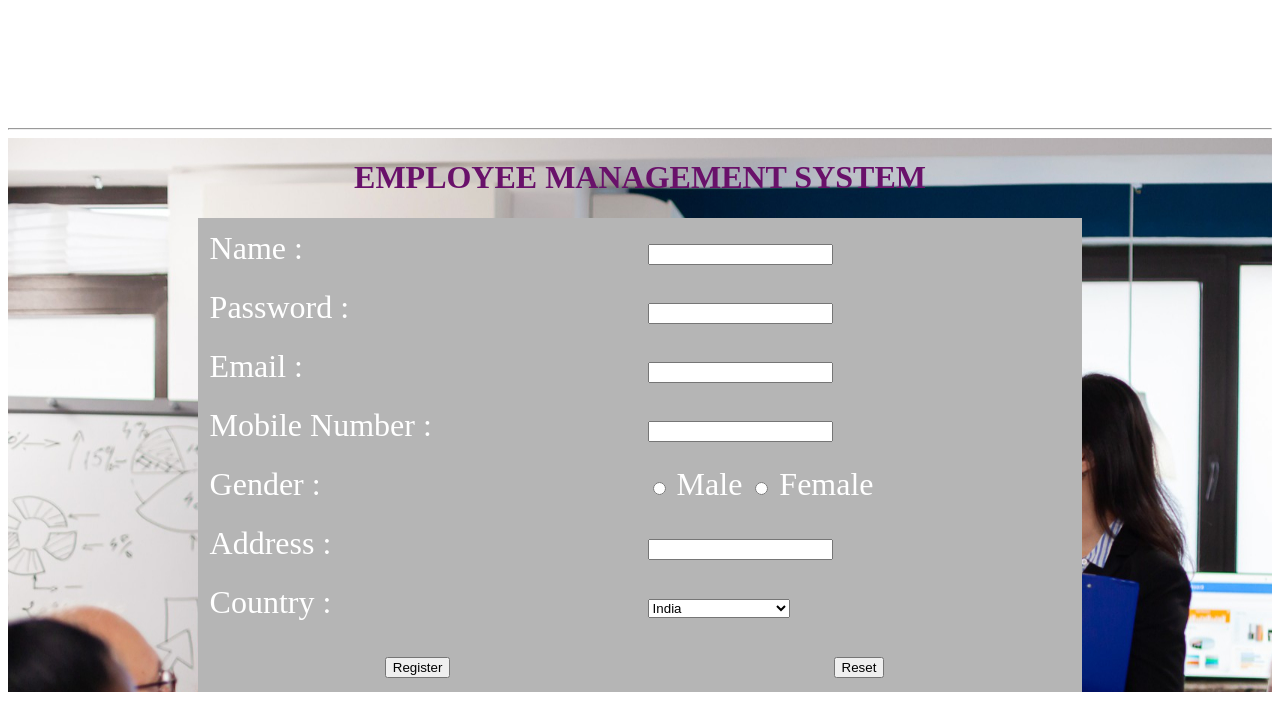
Repository: gajanansp07/Advance_Java_Practice
Page: http://localhost/JDBCCURD/register.jsp
The author's editor kept a copy of each file at every save. The page is drawn from the files as they stood at one save, then again after the next save.
The browser window is 1280 px wide. The pictures show the whole page.
The page is served by Tomcat 9.

Above is the page before, as saved 2022-03-16 12:30:10.

### JDBCCURD/src/main/webapp/register.jsp
<%@ page language="java" contentType="text/html; charset=ISO-8859-1"
    pageEncoding="ISO-8859-1"%>
<!DOCTYPE html>
<html>
<head>
<meta charset="ISO-8859-1">
<title>Insert title here</title>
<style>
   body{
   		    margin-top: 10%;
   }
	td{
        font-size: 2rem;
		padding: 10px;
}
table{
        width: 70%;
		text-align: -webkit-center;
        background-color: rgb(181 181 181);
        color: white;
}
#regf{
    background-image: url("em.jpg");
}
#cp{
    color: #69116a;
}
</style>
</head>
<body>
    <div>
    </div>
    <hr>
    <div id="regf">
        <form action="reg.jsp">
            <table align="center">
                <caption><h1 id="cp">EMPLOYEE MANAGEMENT SYSTEM</h1></caption>
                <tr>
                    <td>Name : </td>
                    <td> <input type="text" name="ename"> </td>
                </tr>
                <tr>
                    <td>Password : </td>
                    <td> <input type="password" name="epas"> </td>
                </tr>
                <tr>
                    <td>Email : </td>
                    <td><input type="email" name="email"> </td>
                </tr>
                <tr>
                    <td>Mobile Number : </td>
                    <td><input type="tel" name="ephone"> </td>
                </tr>
                <tr>
                    <td>Gender : </td>
                    <td>
                        <input type="radio" name="gender" id="male" value="male"> <label for="male">Male </label>
                        <input type="radio" name="gender" id="female" value="female"> <label for="female">Female</label>
                    </td>
                </tr>
                <tr>
                    <td>Address : </td>
                    <td> <input type="text" name="add"> </td>
                </tr>
                <tr>
                    <td>Country : </td>
                    <td>
                        <select name="country" id="cnt">
                            <option value="in">India</option>
                            <option value="Russia">Russia</option>
                            <option value="Australia">Australia</option>
                            <option value="Austria">Austria</option>
                            <option value="Venezuela">Venezuela</option>
                            <option value="Vietnam">Vietnam</option>
                            <option value="Virgin Islands (Brit)">Virgin Islands (Brit)</option>
                            <option value="Virgin Islands (USA)">Virgin Islands (USA)</option>
                            <option value="Wake Island">Wake Island</option>
                            <option value="Wallis & Futana Is">Wallis & Futana Is</option>
                        </select>
                    </td>
                </tr>
                <tr align="center">
                    <td><input type="submit" value="Register"></td>
                    <td><input type="reset" value="Reset"></td>
                </tr>

            </table>
        </form>
    </div>
</body>
</html>

After the next save:
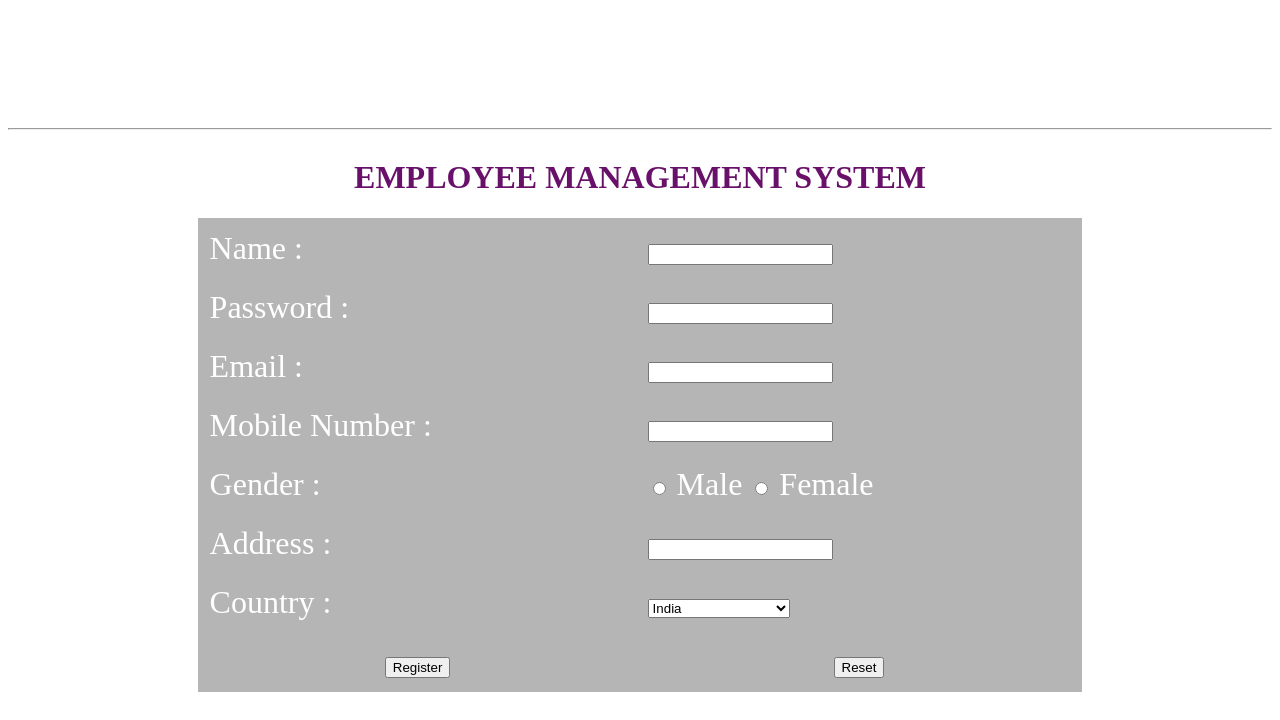
Saved 44 s later.
--- a/JDBCCURD/src/main/webapp/register.jsp
+++ b/JDBCCURD/src/main/webapp/register.jsp
@@ -18,9 +18,6 @@ table{
 		text-align: -webkit-center;
         background-color: rgb(181 181 181);
         color: white;
-}
-#regf{
-    background-image: url("em.jpg");
 }
 #cp{
     color: #69116a;
